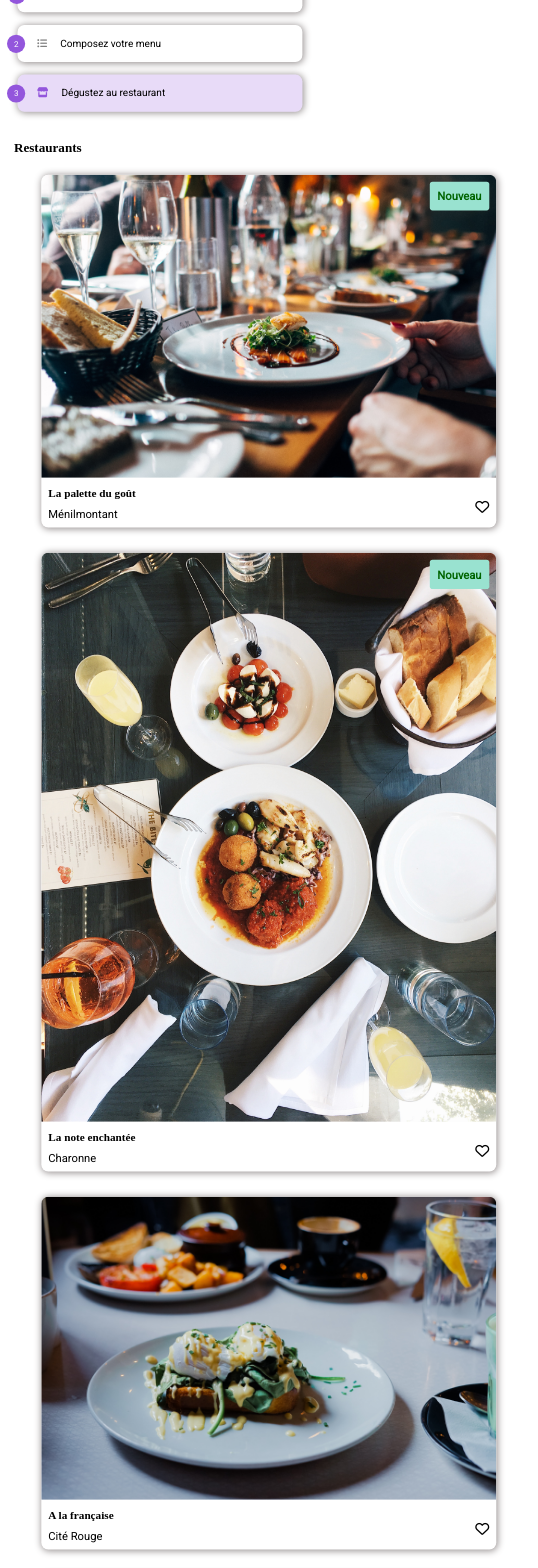
Repository: Micka-17/boimickael_3_16042021
Page: index.html
An editor plug-in stored every save of this project. The page is shown before and after the next save, followed by the edit.
The browser window is 768 px wide. The pictures show the part of the page from y = 481 to 2721 px (the page is 3470 px tall before and 2745 px after), at 70% of full size.
Some web fonts or font styles are not loaded; a fallback is used. Some web libraries are served in a nearby version. The style sheet was rebuilt from its Sass, Less or Tailwind sources for each picture, by a compiler version that may differ from the author's.

Above is the page before, as saved 2021-05-26 10:06:49.

After the next save:
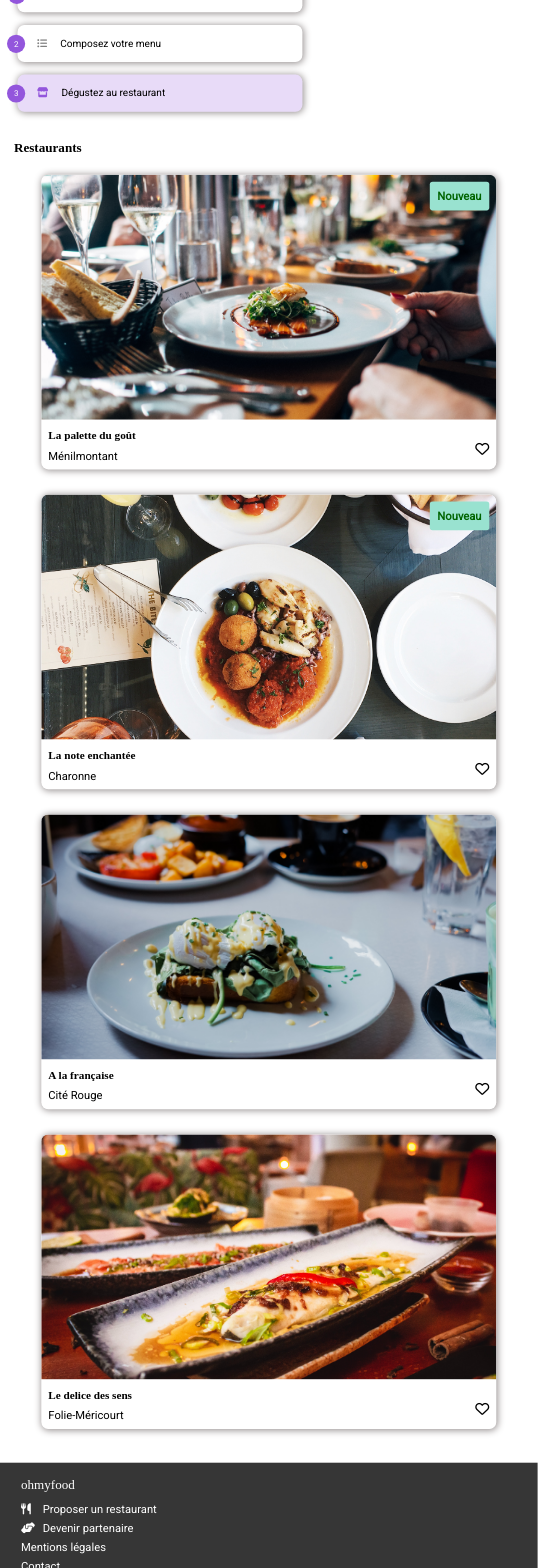
Saved 5 s later.
--- a/sass/style.scss
+++ b/sass/style.scss
@@ -179,7 +179,7 @@ li { position: relative;
     height: 350px;
         @media (max-width:900px) {
             max-width: 100%;
-            height: 100%;
+            max-height: 100%;
         }
             @media (max-width:500px) {
                 max-width: 100%;
